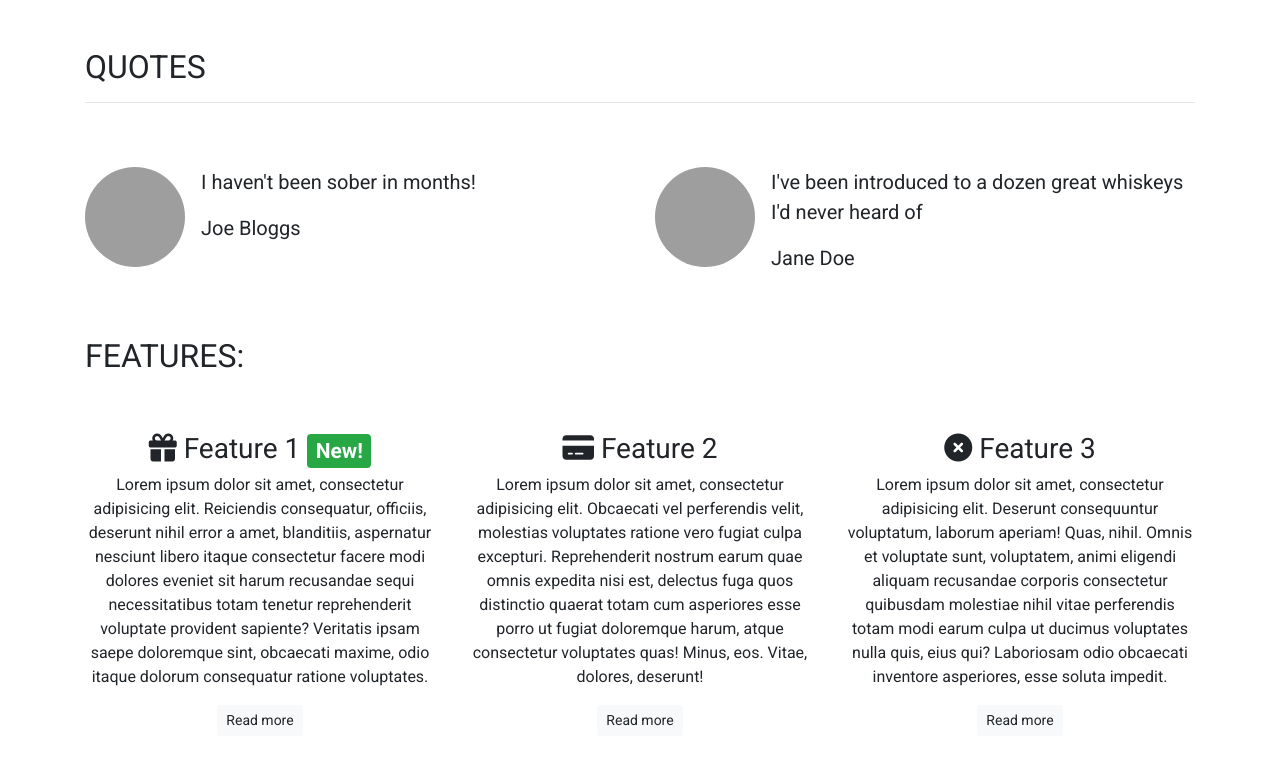
Repository: Matt-F90/Intro-to-bootstrap
Page: index.html
The author's editor kept a record of every edit. The page is drawn from the files as they stood at one moment, then again after the next edit.
The browser window is 1280 px wide. The pictures show the part of the page from y = 720 to 1496 px (the page is 1496 px tall before and 1400 px after).
Pictures or frames that could not be fetched are drawn as grey boxes. Backgrounds fixed to the window are drawn as part of the page. Some web libraries are served in a nearby version.

Above is the page before.
Console error: TypeError: Cannot read properties of undefined (reading 'fn')

After the next edit:
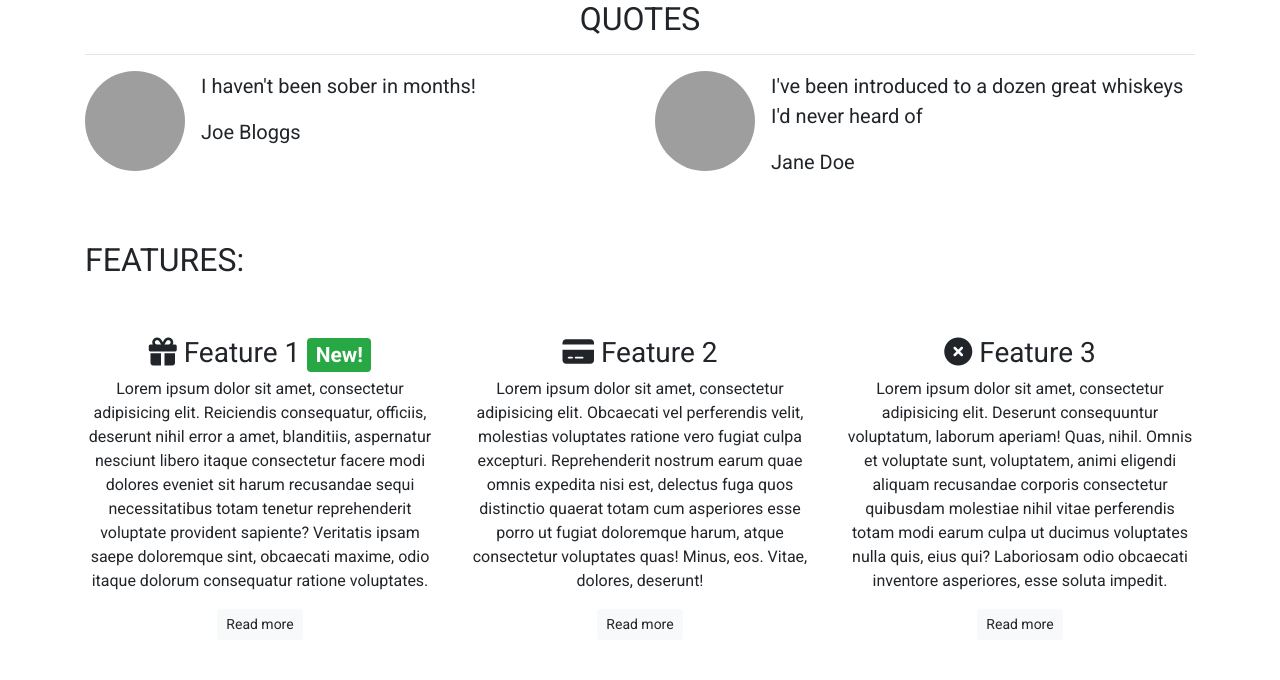
The edit:
--- a/index.html
+++ b/index.html
@@ -78,7 +78,7 @@
         <div class="container  quotes-container">
             <section class="quotes">
                 <div class="row">
-                    <div class="col-12 my-5">
+                    <div class="col-12 page-header">
                         <h2 class="text-uppercase">Quotes</h2>
                         <hr />
                     </div>
